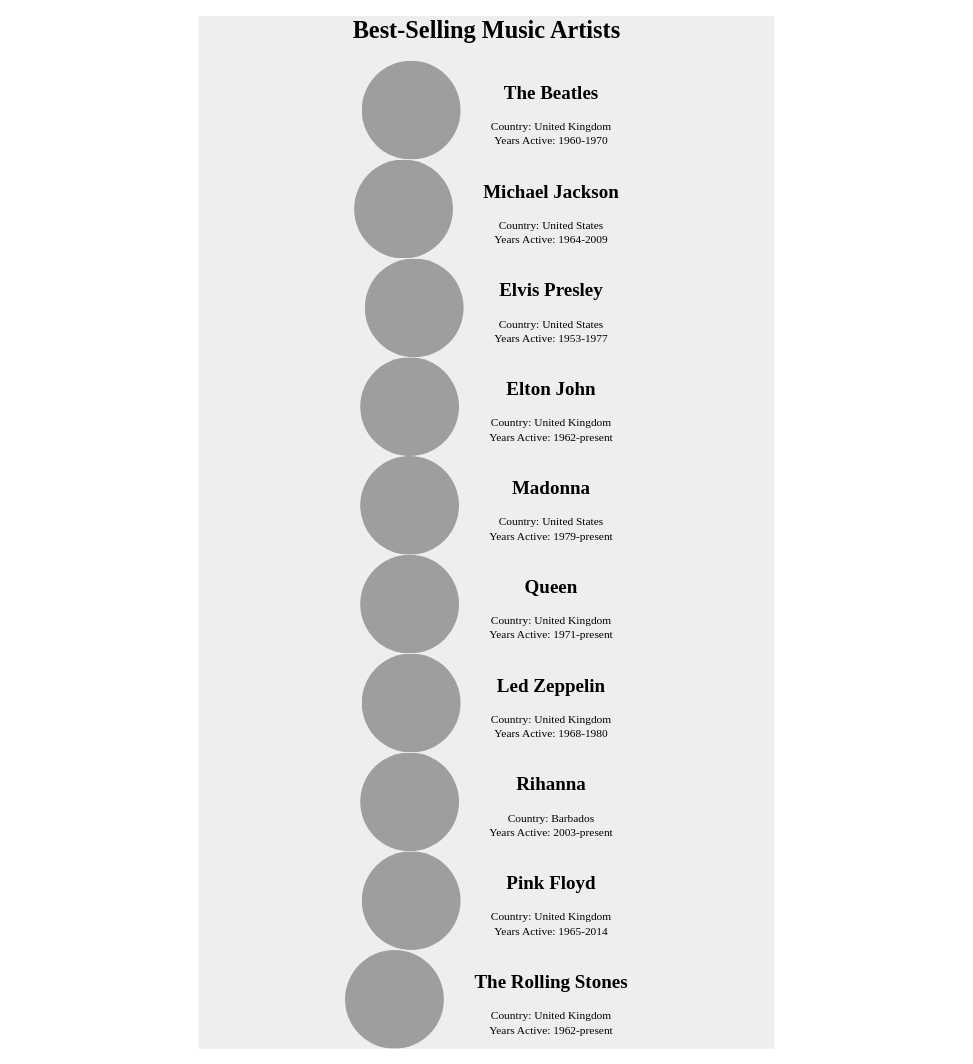
Repository: SamanthaYan298/my_artists
Page: /
The author's editor kept a copy of each file at every save. The page is drawn from the files as they stood at one save, then again after the next save.
The browser window is 1280 px wide. The pictures show the whole page, at 76% of full size.
Pictures or frames that could not be fetched are drawn as grey boxes. The project was rebuilt for these pictures with package versions that can differ from the ones it lists, and the page was loaded fresh each time. Also part of the build but not shown: vite.config.js.

Above is the page before, as saved 2024-09-16 18:21:41.

After the next save:
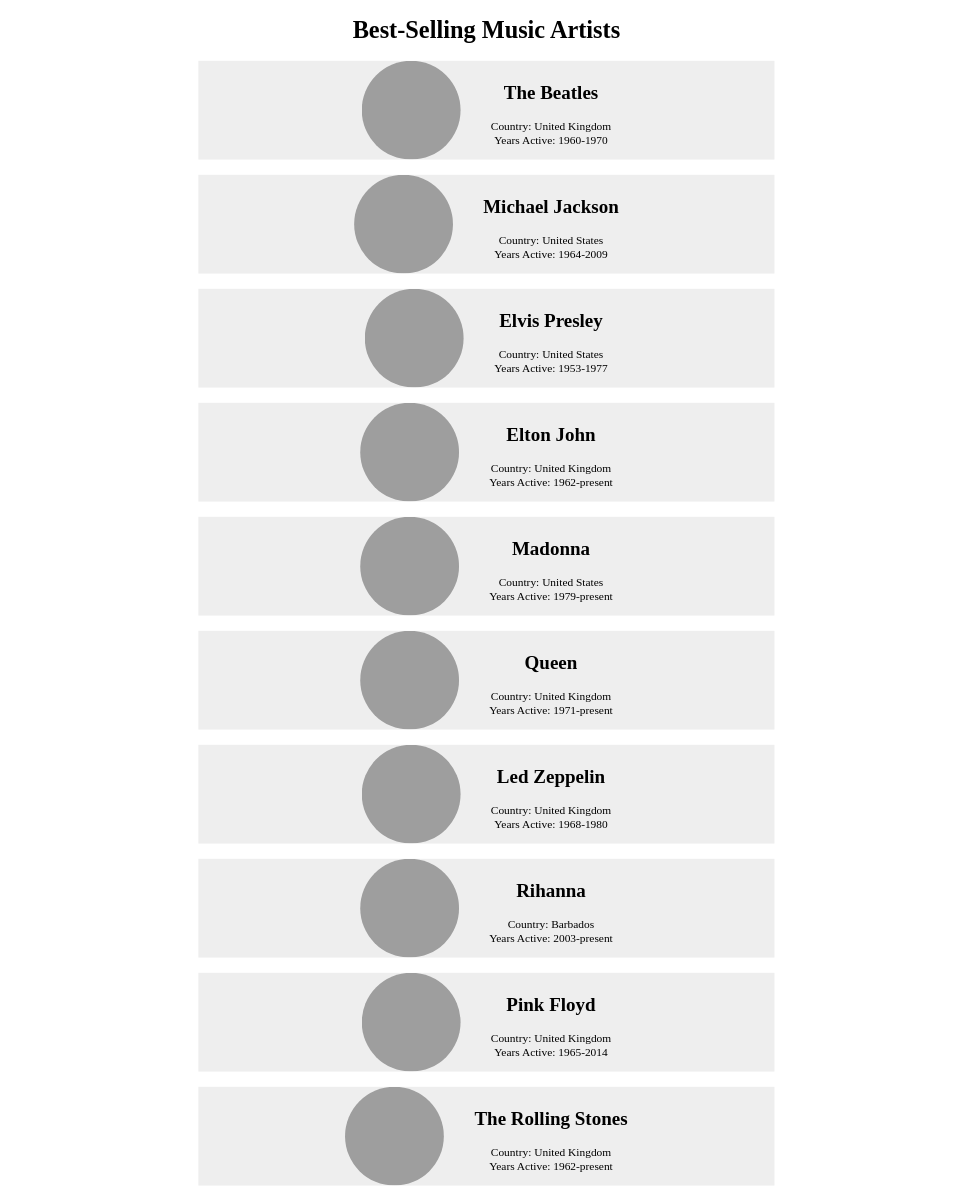
Saved 15 s later.
--- a/src/index.css
+++ b/src/index.css
@@ -1,9 +1,7 @@
 .layout {
     align-items: center;
     text-align: center;
-    width: 60%;
-    background-color: #eee;
-    margin: 20px auto;
+
 }
 
 .main-containter {
@@ -13,6 +11,9 @@
     gap: 40px;
     line-height: 4px;
     font-size: 15px;
+    width: 60%;
+    background-color: #eee;
+    margin: 20px auto;
 }
 
 .names {
